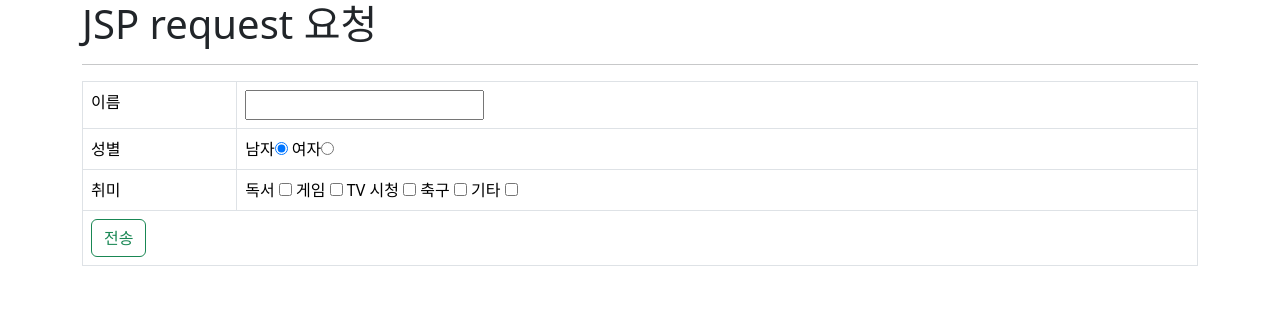
Repository: papepopopy/javascript
Page: http://localhost/webjsp/ex02/jspRequest.jsp
An editor plug-in stored every save of this project. The page is shown before and after the next save, followed by the edit.
The browser window is 1280 px wide. The pictures show the whole page.
The page is served by Tomcat 9. Nobody is signed in. The application's start-up code is not run. Other server files are loaded and not shown.

Above is the page before, as saved 2024-07-04 02:26:07.

### jspStudy/jspStudy/webjsp/src/main/webapp/ex02/jspRequest.jsp
<%@ page language="java" contentType="text/html; charset=EUC-KR"
    pageEncoding="EUC-KR"%>
<!DOCTYPE html>
<html>
<head>
<meta charset="EUC-KR">
<title>JSP 요청 페이지</title>
<link href="https://cdn.jsdelivr.net/npm/bootstrap@5.3.3/dist/css/bootstrap.min.css" rel="stylesheet" integrity="sha384-QWTKZyjpPEjISv5WaRU9OFeRpok6YctnYmDr5pNlyT2bRjXh0JMhjY6hW+ALEwIH" crossorigin="anonymous">
<style>
	.btn {

	}
</style>
</head>
<body>
<!-- 클라이언트 요청 페이지 -->

	<div class="container">
		<h1>JSP request 요청</h1>
		<hr>
		<div>
			<form action="jsprequest_result.jsp" method="get">
				<table class="table table-bordered">
					<thead>
					</thead>
					<tbody>
						<tr>
							<td>이름</td>
							<td><input type="text" name="name" id="name" /></td>
						</tr>
						<tr>
							<td>성별</td>
							<td>
								남자<input type="radio" name="gender" value="male" checked="checked" />
								여자<input type="radio" name="gender" value="female" />
							</td>
						</tr>
						<tr>
							<td>취미</td>
							<td>
								독서 <input type="checkbox" name="hobby" value="독서"/>
								게임 <input type="checkbox" name="hobby" value="게임"/>
								TV 시청 <input type="checkbox" name="hobby" value="TV 시청"/>
								축구 <input type="checkbox" name="hobby" value="축구"/>
								기타 <input type="checkbox" name="hobby" value="기타"/>
							</td>
						</tr>
						<tr>
							<td colspan="2">
								<input type="submit" value="전송" class="btn btn-outline-success">
							</td>
						</tr>
					</tbody>
				</table>
			</form>
		</div>
	</div>
</body>
</html>

After the next save:
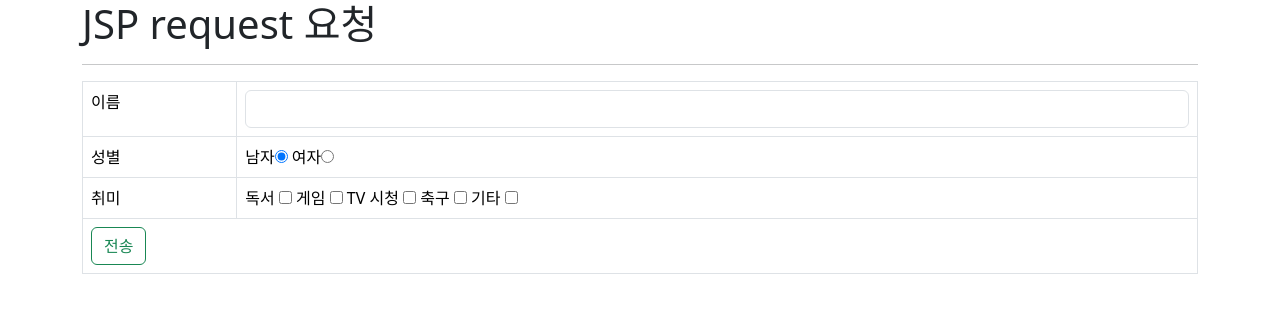
Saved 2 min 31 s later.
--- a/jspStudy/jspStudy/webjsp/src/main/webapp/ex02/jspRequest.jsp
+++ b/jspStudy/jspStudy/webjsp/src/main/webapp/ex02/jspRequest.jsp
@@ -26,7 +26,7 @@
 					<tbody>
 						<tr>
 							<td>이름</td>
-							<td><input type="text" name="name" id="name" /></td>
+							<td><input type="text" name="name" id="name" class="form-control" /></td>
 						</tr>
 						<tr>
 							<td>성별</td>
